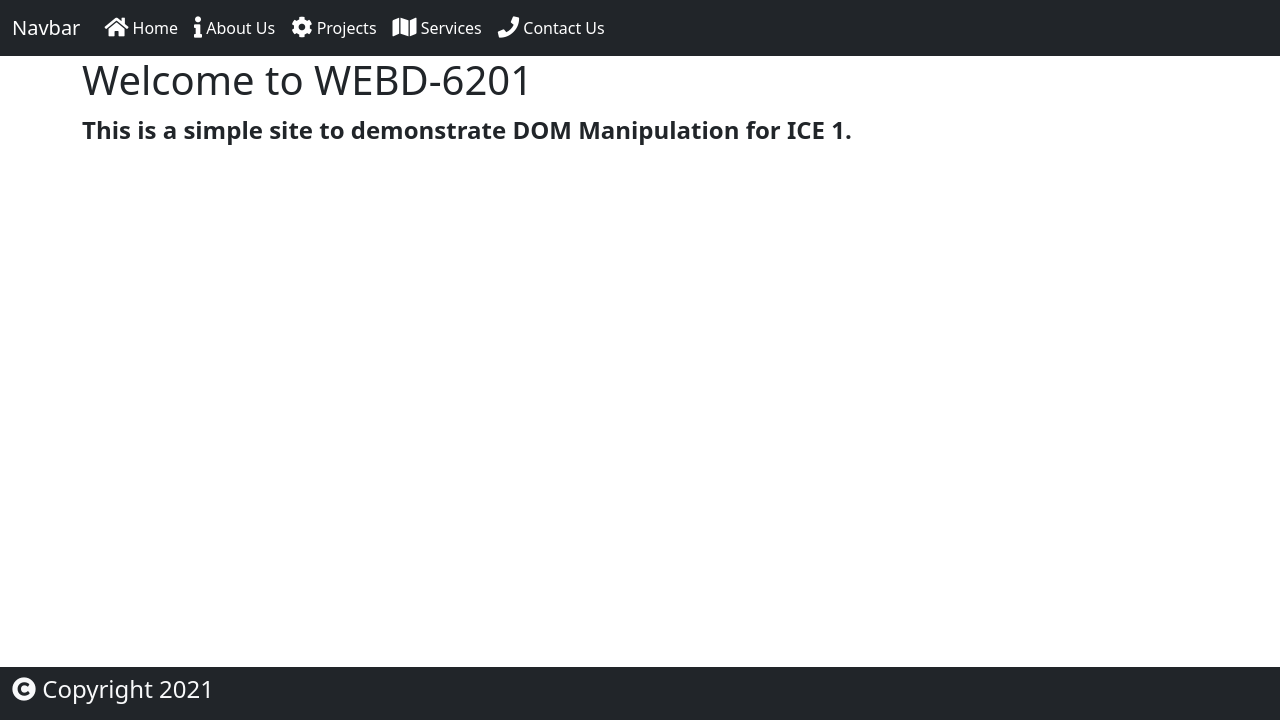
Repository: CKM206/WEBD6201-W2021---ICE1
Page: index.html
An editor plug-in stored every save of this project. The page is shown before and after the next save, followed by the edit.
The browser window is 1280 px wide. The pictures show the whole page.

Above is the page before, as saved 2021-01-20 09:46:00.

### index.html
<!DOCTYPE html>
<html lang="en">
<head>
    <meta charset="UTF-8">
    <meta name="viewport" content="width=device-width, initial-scale=1.0">
    <title>WEBD6201 - W2021 - ICE 1</title>
    <!-- CSS Section -->
    <!-- Inject Bootstrap first, always-->
    <link rel="stylesheet"
    href="./node_modules/bootstrap/dist/css/bootstrap.min.css">
    <!-- Now inject Icon Fonts using Font Awesome-->
    <link rel="stylesheet"
    href="./node_modules/@fortawesome/fontawesome-free/css/all.min.css">
    <!-- Now inject our custom css-->
    <link rel="stylesheet" href="./Content/app.css">
</head>
<body>

    <header>
        <nav class="navbar navbar-expand-lg navbar-dark bg-dark">
            <div class="container-fluid">
              <a class="navbar-brand" href="#">Navbar</a>
              <button class="navbar-toggler" type="button" data-bs-toggle="collapse" data-bs-target="#navbarSupportedContent" aria-controls="navbarSupportedContent" aria-expanded="false" aria-label="Toggle navigation">
                <span class="navbar-toggler-icon"></span>
              </button>
              <div class="collapse navbar-collapse" id="navbarSupportedContent">
                <ul class="navbar-nav me-auto mb-2 mb-lg-0">
                  <li class="nav-item">
                    <a class="nav-link active" aria-current="page" href="#"><i class="fas fa-home fa-lg"></i> Home</a>
                  </li>
                  <li class="nav-item">
                    <a class="nav-link active" aria-current="page" href="#"><i class="fas fa-info fa-lg"></i> About Us</a>
                  </li>
                  <li class="nav-item">
                    <a class="nav-link active" aria-current="page" href="#"><i class="fas fa-cog fa-lg"></i> Projects</a>
                  </li>
                  <li class="nav-item">
                    <a class="nav-link active" aria-current="page" href="#"><i class="fas fa-map fa-lg"></i> Services</a>
                  </li>
                  <li class="nav-item">
                    <a class="nav-link active" aria-current="page" href="#"><i class="fas fa-phone fa-lg"></i> Contact Us</a>
                  </li>
                </ul>
              </div>
            </div>
          </nav>
    </header>

    <main class="container">
        <h1>Welcome to WEBD-6201</h1>
        <p id="paragraphOne"></p>
    </main>

    <!-- Footer Section -->
    <footer>
        <nav class="navbar fixed-bottom navbar-dark bg-dark">
            <div class="container-fluid">
              <h4 class="text-light"><i class="fas fa-copyright text-light"></i> Copyright 2021</h4>
            </div>
          </nav>
    </footer>

    <!--Script Section-->
    <script src="./node_modules/jquery/dist/jquery.min.js"></script>
    <script src="./node_modules/bootstrap/dist/js/bootstrap.bundle.min.js"></script>
    <script src="./Scripts/app.js"></script>
</body>
</html>

### Content/app.css
/* Custom CSS Here */

### Scripts/app.js
/* Custom Javascript Here */
"use strict";   // Indicate that the code should be executed in "strict mode".

// IIFE - Immediately Invoked Function Expression (Anonymous Self-Executing Function)
//-Acts as a Closure, Limits Scope Leak
(function()
{
    function Start()
    {
        console.log("App Started...");

        // This shows different ways of accessing an element; @see index.html <p> on line 51
        //-Each has its own use and solves different problems
        let paragraphOneText = "This is a simple site to demonstrate DOM Manipulation for ICE 1.";
        let paragraphOneElement = document.getElementById("paragraphOne");

        // let aParagraph = document.getElementsByTagName("p")[0];
        // let allParagraphs = document.getElementsByTagName("p");
        // let paragraphOneQuery = document.querySelector("p");
        // let paragraphOneQuerys = document.querySelectorAll("p");

        // Print each variable to the console, see how each one "points" to the same <p> element
        // console.log(paragraphOneElement);
        // console.log(aParagraph);
        // console.log(allParagraphs[0]);
        // console.log(paragraphOneQuery);
        // console.log(paragraphOneQuerys);

        // Assigning values to the textContent of the element we have a reference to
        paragraphOneElement.textContent = paragraphOneText;

        /* We can change the style as well..
          For the most part its best to use css sheets, but this can be useful when attempting
          dynamic effects on the webpage
        */
        //paragraphOneElement.style = "color: blue;";

        /* We can change the class of an element as well...
        * This is probably a better way of assigning css to elements (As compared to above)
        */
        paragraphOneElement.className = "fs-4 fw-bold";


    }

    window.addEventListener("load", Start);
})();

Loaded but not shown: node_modules/bootstrap/dist/css/bootstrap.min.css (library); node_modules/@fortawesome/fontawesome-free/css/all.min.css (library); node_modules/jquery/dist/jquery.min.js (library); node_modules/bootstrap/dist/js/bootstrap.bundle.min.js (library)

After the next save:
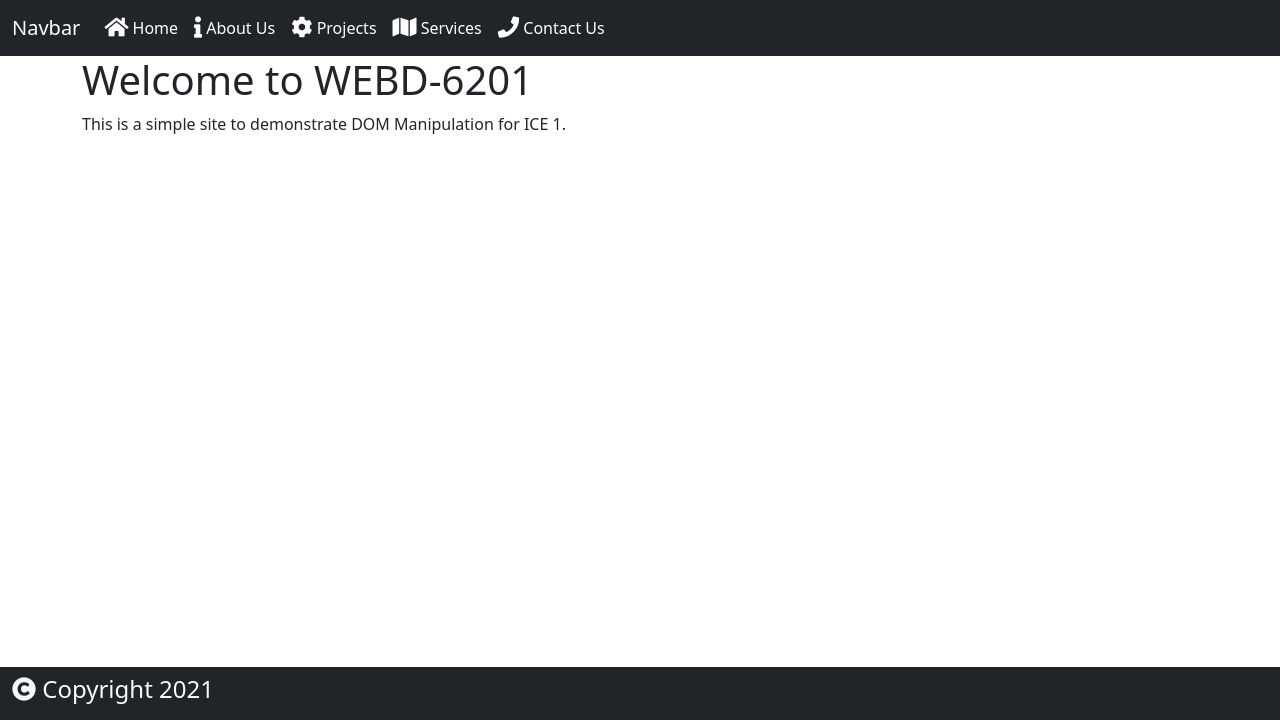
Saved 9 s later.
--- a/Scripts/app.js
+++ b/Scripts/app.js
@@ -38,7 +38,7 @@
         /* We can change the class of an element as well...
         * This is probably a better way of assigning css to elements (As compared to above)
         */
-        paragraphOneElement.className = "fs-4 fw-bold";
+        //paragraphOneElement.className = "fs-4 fw-bold";
 
 
     }
